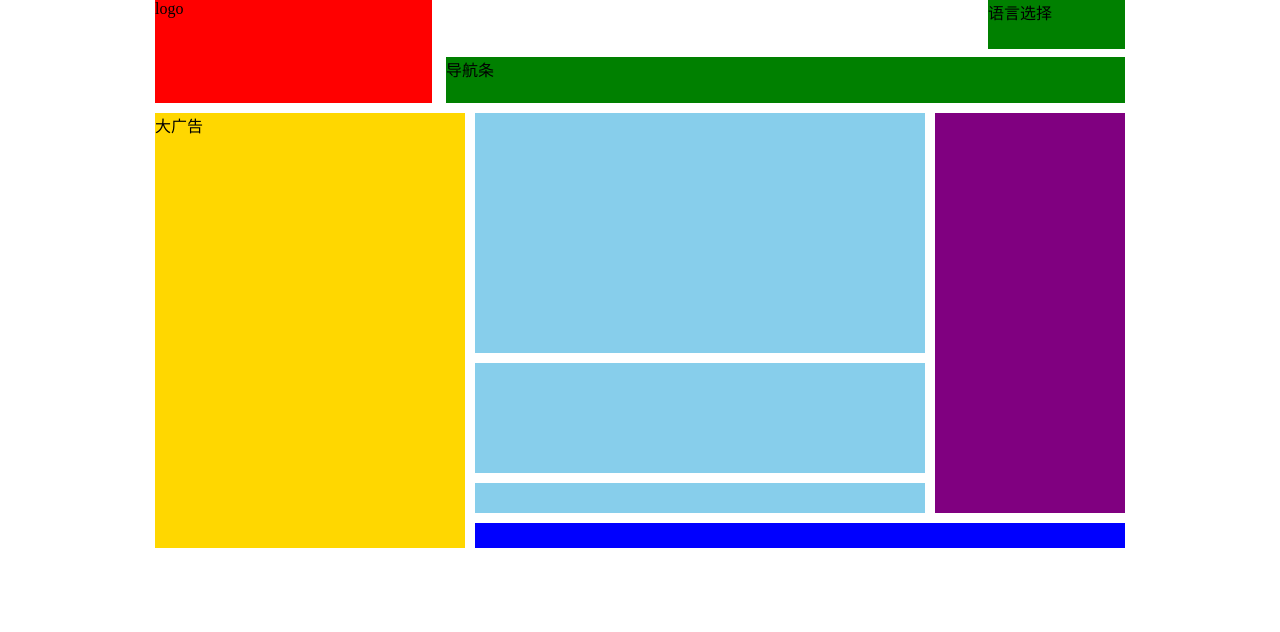
Repository: Germtao/Web
Page: web_css/css_浮动.html
These files come from the project's save history. The page is drawn as it stood at one moment and after the next save; the edit follows.
The browser window is 1280 px wide. The pictures show the whole page.

Above is the page before, as saved 2020-10-30 10:40:12.

### web_css/css_浮动.html
<!DOCTYPE html>
<html lang="en">

<head>
  <meta charset="UTF-8">
  <meta name="viewport" content="width=device-width, initial-scale=1.0">
  <title>css-浮动</title>

  <!-- <style type="text/css">
    span {
      font-size: 100px;
    }
  </style> -->

  <!-- 行内元素和块级元素 -->
  <!-- 行内元素和块级元素的区别：
    行内元素：
      - 与其他行内元素并排
      - 不能设置宽、高。默认的宽度，就是文字的宽度
    块级元素：
      - 霸占一行，不能与其他任何元素并列
      - 能接受宽、高。如果不设置宽度，那么宽度将默认变为父亲的100%
   -->
  <!-- <style type="text/css">
    h1 {
      background-color: pink;
      width: 500px;
      height: 80px;
    }

    span {
      display: block;
      background: red;
      /* 设置无效 */
      width: 500px;
      height: 80px;
    }

    div {
      display: inline;
      background-color: pink;
      width: 500px;
      height: 80px;
    }
  </style> -->

  <!-- css中一共有三种手段，使一个元素脱离标准文档流：
    1. 浮动
    2. 绝对定位
    3. 固定定位
   -->
  <!-- <style type="text/css">
    .box1 {
      float: left;
      width: 200px;
      height: 200px;
      background-color: yellowgreen;
    }

    .box2 {

      width: 300px;
      height: 300px;
      background-color: skyblue;
    }
  </style> -->

  <!-- 性质2：浮动的元素互相贴靠 -->
  <!-- <style type="text/css">
    div {
      font-size: 100px;
    }

    .div1 {
      float: left;
      background-color: greenyellow;
      width: 200px;
      height: 300px;
    }

    .div2 {
      float: left;
      background-color: pink;
      width: 100px;
      height: 200px;
    }

    .div3 {
      float: left;
      background-color: skyblue;
      width: 300px;
      height: 300px;
    }
  </style> -->

  <!-- 性质3：浮动的元素有“字围”效果 -->
  <!-- <style type="text/css">
    div {
      float: left;
    }

    p {
      background-color: pink;
    }
  </style> -->

  <!-- 浮动的补充 -->
  <!-- <style type="text/css">
    * {
      margin: 0px;
      padding: 0px;
    }

    div {
      width: 400px;
      height: 400px;
      background-color: pink;
    }

    .para1 {
      float: left;
      width: 100px;
      height: 300px;
      background-color: blue;
    }

    .para2 {
      float: left;
      width: 250px;
      height: 300px;
      background-color: green;
    }
  </style> -->

  <style type="text/css">
    * {
      margin: 0px;
      padding: 0px;
    }

    .header {
      width: 970px;
      height: 103px;
      /* 居中 */
      margin: 0 auto;
    }

    .header .logo {
      float: left;
      width: 277px;
      height: 103px;
      background-color: red;
    }

    .header .language {
      float: right;
      width: 137px;
      height: 49px;
      background-color: green;
      margin-bottom: 8px;
    }

    .header .nav {
      float: right;
      width: 679px;
      height: 46px;
      background-color: green;
    }

    .content {
      width: 970px;
      height: 435px;
      margin: 0 auto;
      margin-top: 10px;
    }

    .content .banner {
      float: left;
      width: 310px;
      height: 435px;
      background-color: gold;
      margin-right: 10px;
    }

    .content .rightPart {
      float: left;
      width: 650px;
      height: 435px;
    }

    .content .rightPart .main {
      width: 650px;
      height: 400px;
      margin-bottom: 10px;
    }

    .content .rightPart .links {
      width: 650px;
      height: 25px;
      background-color: blue;
    }

    .content .rightPart .main .news {
      float: left;
      width: 450px;
      height: 400px;
    }

    .content .rightPart .main .hotpic {
      float: left;
      width: 190px;
      height: 400px;
      background-color: purple;
      margin-left: 10px;
    }

    .content .rightPart .main .news .news1 {
      width: 450px;
      height: 240px;
      background-color: skyblue;
      margin-bottom: 10px;
    }

    .content .rightPart .main .news .news2 {
      width: 450px;
      height: 110px;
      background-color: skyblue;
      margin-bottom: 10px;
    }

    .content .rightPart .main .news .news3 {
      width: 450px;
      height: 30px;
      background-color: skyblue;
    }
  </style>

</head>

<body>
  <!-- <p>
    哈哈
    <span>王者荣耀</span>
    哈哈哈哈哈哈哈
    <img src="http://img.smyhvae.com/20170729_1445.png" alt="">
    <img src="http://img.smyhvae.com/20170729_1502.png" alt="">
  </p> -->

  <!-- 行内元素和块级元素 -->
  <!-- <h1>内容1</h1>
  <h1>内容2</h1>

  <span>内容3</span>
  <span>内容4</span>

  <div>我是大标题</div> -->

  <!-- 浮动 -->
  <!-- <div class="box1"></div>
  <div class="box2"></div> -->

  <!-- 性质2：浮动的元素互相贴靠 -->
  <!-- <div class="div1">1</div>
  <div class="div2">2</div>
  <div class="div3">3</div> -->

  <!-- 性质3：浮动的元素有“字围”效果 -->
  <!-- <div>
    <img src="./img/倪妮.jpg">
  </div>
  <p>倪妮----xxxxxxxxxxxxxxxxxxxxxxxxxxxxxxxxxxxxxxxxxxxxxxxxxxxxxxxxxxxxxxxxxxxxxxxxxxxxxxxxxxxxxxxxxxxxxxxxxxxxxxxxxx
    xxxxxxxxxxxxxxxxxxxxxxxxxxxxxxxxxxxxxxxxxxxxxxxxxxxxxxxxxxxxxxxxxxxxxxxxxxxxxxxxxxxxxxxxxxxxxxxxxxxxxxxxxxxxxxxxx
    xxxxxxxxxxxxxxxxxxxxxxxxxxxxxxxxxxxxxxxxxxxxxxxxxxxxxxxxxxxxxxxxxxxxxxxxxxxxxxxxxxxxxxxxx
  </p> -->

  <!-- 浮动的补充 -->
  <!-- <div>
    <p class="para1">1</p>
    <p class="para2">2</p>
  </div> -->

  <!-- 头部 -->
  <div class="header">
    <div class="logo">logo</div>
    <div class="language">语言选择</div>
    <div class="nav">导航条</div>
  </div>

  <!-- 主要内容 -->
  <div class="content">
    <div class="banner">大广告</div>
    <div class="rightPart">
      <div class="main">
        <div class="news">
          <div class="news1"></div>
          <div class="news2"></div>
          <div class="news3"></div>
        </div>
        <div class="hotpic"></div>
      </div>
      <div class="links"></div>
    </div>
  </div>

  <!-- 页尾 -->
  <div class="footer"></div>
</body>

</html>

After the next save:
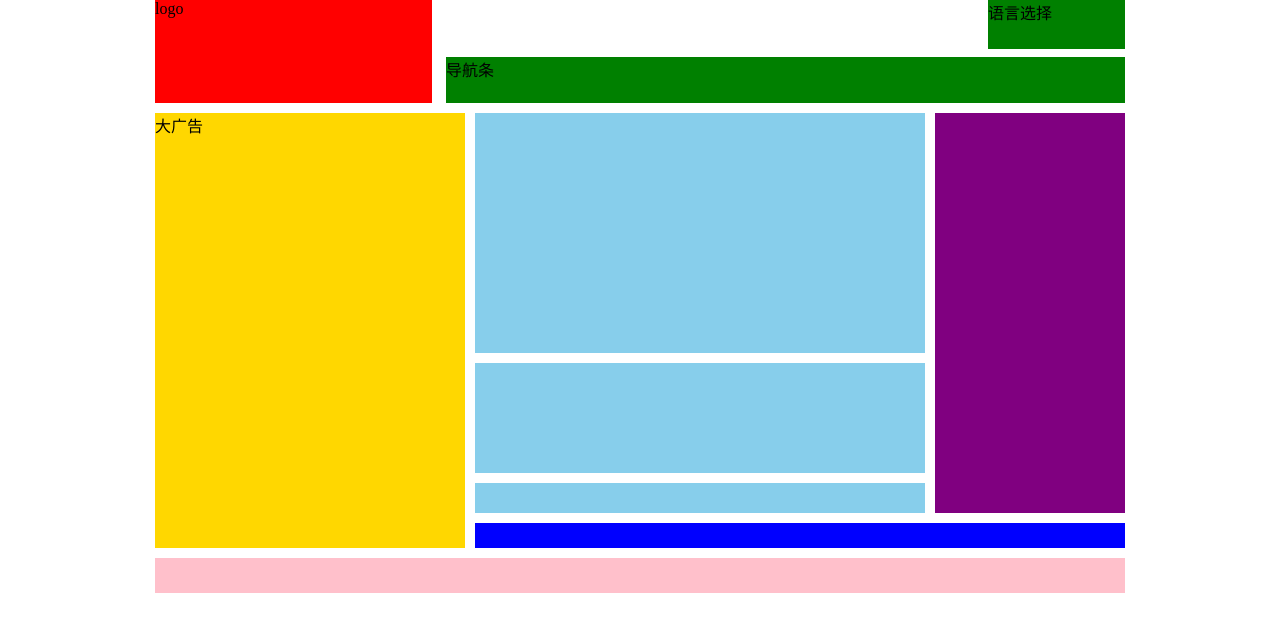
Saved 50 s later.
--- a/web_css/css_浮动.html
+++ b/web_css/css_浮动.html
@@ -232,6 +232,14 @@
       width: 450px;
       height: 30px;
       background-color: skyblue;
+    }
+
+    .footer {
+      width: 970px;
+      height: 35px;
+      background-color: pink;
+      margin: 0 auto;
+      margin-top: 10px;
     }
   </style>
 
